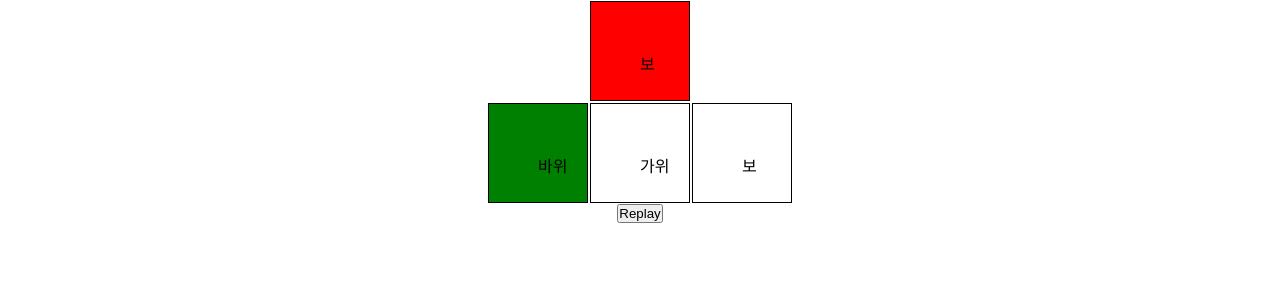
Repository: venandi48/RockScissorPaper-Game
Page: index.html
These files come from the project's save history. The page is drawn as it stood at one moment and after the next save; the edit follows.
The browser window is 1280 px wide. The pictures show the whole page.
After loading, the first visible `div.rock` was clicked once.
The style sheet was rebuilt from its Sass, Less or Tailwind sources for each picture, by a compiler version that may differ from the author's.

Above is the page before, as saved 2023-11-13 15:39:58.

After the next save:
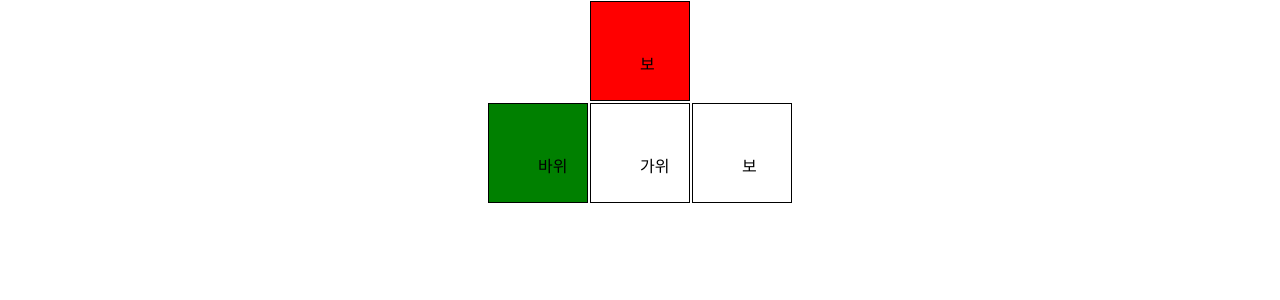
Saved 2 min 23 s later.
--- a/style.scss
+++ b/style.scss
@@ -79,6 +79,10 @@
   }
 }
 
+.user.selected ~ .control input[type="button"][value="Replay"] {
+  display: none;
+}
+
 /*
 * ============================= animate resources =============================
 */
